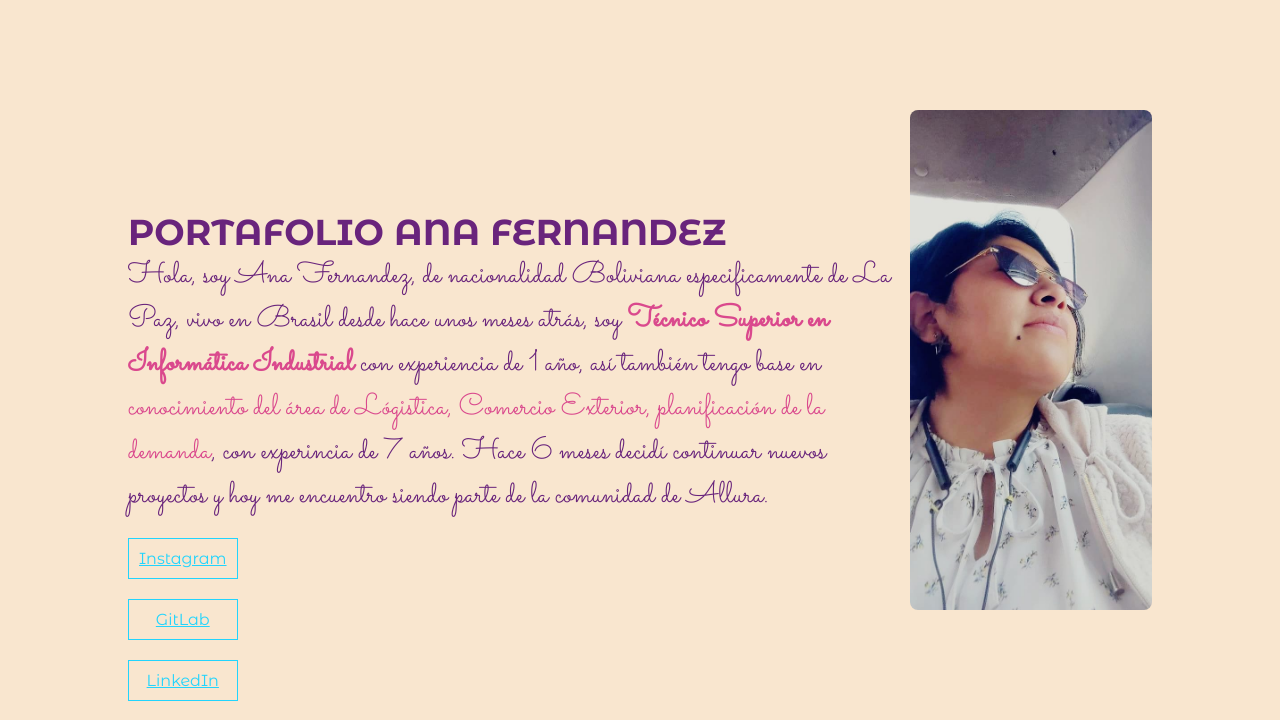
Repository: AnaFzCz/PROYECTOS-HTML---CSS2
Page: Portafolio/index.html
An editor plug-in stored every save of this project. The page is shown before and after the next save, followed by the edit.
The browser window is 1280 px wide. The pictures show the whole page.

Above is the page before, as saved 2025-01-27 04:55:46.

### Portafolio/index.html
<!DOCTYPE html>
<html lang="en">

<head>
    <meta charset="UTF-8">
    <meta http-equiv="X-UA-Compatible" content="IE=edge">
    <meta name="viewport" content="width=device-width, initial-scale=1.0">
    <title>Portafolio</title>
    <link rel="stylesheet" href="style.css">
</head>

<body>
    <header>

    </header>
    <main class="presentacion">
        <div class="container responsivo-container">
            <h1 class="presentacion_titulo">PORTAFOLIO ANA FERNANDEZ</h1>
            <p class="presentacion_parrafo">Hola, soy Ana Fernandez, de nacionalidad Boliviana especificamente de La Paz, vivo en Brasil desde hace
                unos meses atrás, soy <strong class="destacar">Técnico Superior en Informática Industrial</strong> con
                experiencia de 1 año, así también tengo base en <span>conocimiento del área de Lógistica, Comercio
                    Exterior, planificación de la demanda</span>, con experincia de 7 años. Hace 6 meses decidí
                continuar nuevos proyectos y hoy me encuentro siendo parte de la comunidad de Allura.</p>

          <div>
                <a class="bot" href="https://instagram.com/anafzcz">Instagram</a>
            <a class="bot" href="https://github.com/AnaFzCz">GitLab</a>
            <a class="bot" href="https://linkedin.com/in/ana-fernandez-cruz-238787124">LinkedIn</a>
        </div>
        </div>
        <img src="mindfullness.jpg" alt="myself" style="width:250px;height: 500px;">
    </main>
    <footer></footer>
</body>

</html>

### Portafolio/style.css
@import url('https://fonts.googleapis.com/css2?family=Montserrat+Alternates:ital,wght@0,100;0,200;0,300;0,400;0,500;0,600;0,700;0,800;0,900;1,100;1,200;1,300;1,400;1,500;1,600;1,700;1,800;1,900&family=Sacramento&display=swap');

/*Resetear configuraciones*/
* {
  margin: 0;
  padding: 0;
}

body {
  height: 100vh;
  display: flex;
  box-sizing: border-box;
  justify-content: center;
  align-items: center;
  background-color: #F9E6CF;
  color: #69247C;
  font-family: "Montserrat Alternates", serif;
  /*font-family: "papyrus";*/
}

/*p {
  margin: 10px;
  border: 2px solid purple;
  padding: 5px;
}*/

.destacar {
  color: #DA498D;
}

/*contenedor de las columnas*/
.presentacion {
  margin: 10%;
  display: flex;
  align-items: center;
  justify-content: space-between;

}

.container {
  display: flex;
  align-items: center;
  height: 300px;
  weight:615px;;
  /* Altura ajustável conforme necessário */
}

.responsivo-container {
  display: flex;
  flex-direction: row;
  flex-wrap: wrap;
}

span {
  color: #DA498D;
}

a {
  color: #22D4FD;
  border: 1px solid #22D4FD;
  padding: 10px;
  text-align: center;
}

.bot {
  margin-top: 20px;
  display: flex;
  justify-content: center;
}


.presentacion_titulo{
  align-content: center;
  font-size: 36px;
  font-family:  "Montserrat Alternates", serif;
}
.presentacion_parrafo{

  font-size: 30px;
  font-family: "Sacramento", serif;;
}

img {
  border-radius: 8px;
  display: block;
  margin-left: auto;
  margin-right: auto;
}

img:hover {
  transform: scaleX(-1);
}

After the next save:
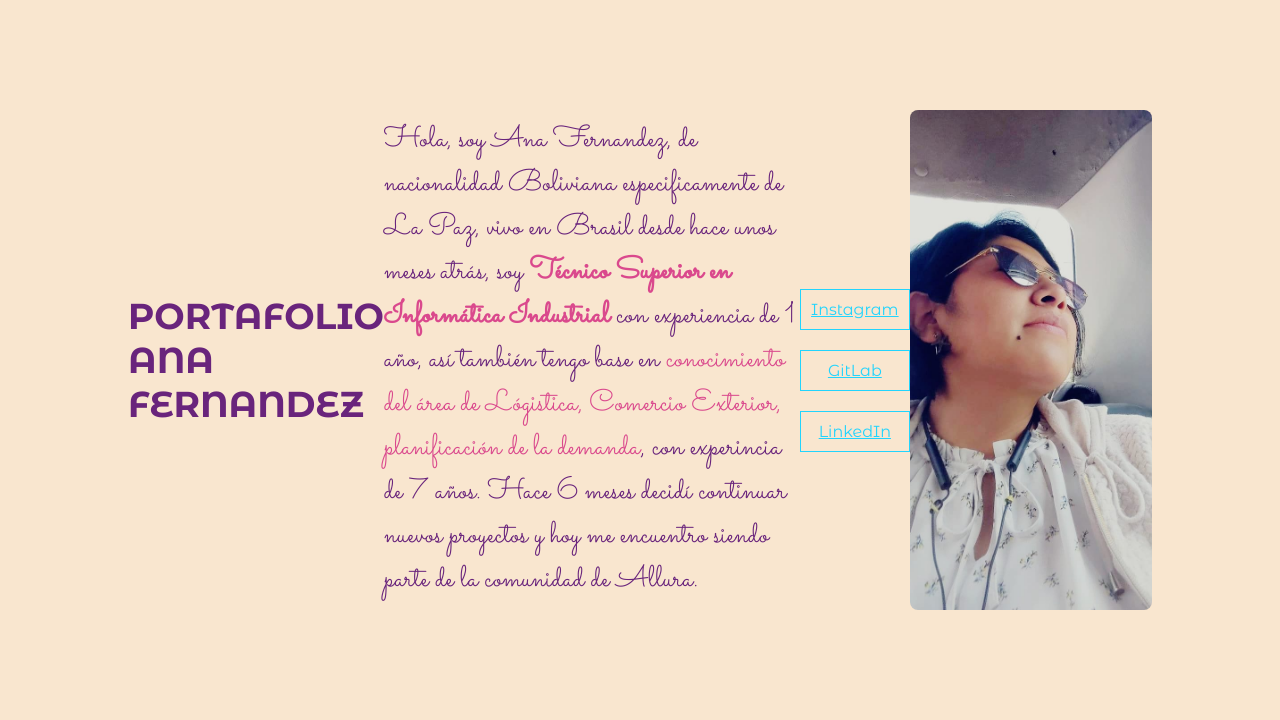
Saved 60 s later.
--- a/Portafolio/style.css
+++ b/Portafolio/style.css
@@ -45,11 +45,11 @@ body {
   /* Altura ajustável conforme necessário */
 }
 
-.responsivo-container {
+/*.responsivo-container {
   display: flex;
   flex-direction: row;
   flex-wrap: wrap;
-}
+}*/
 
 span {
   color: #DA498D;

After the save that followed:
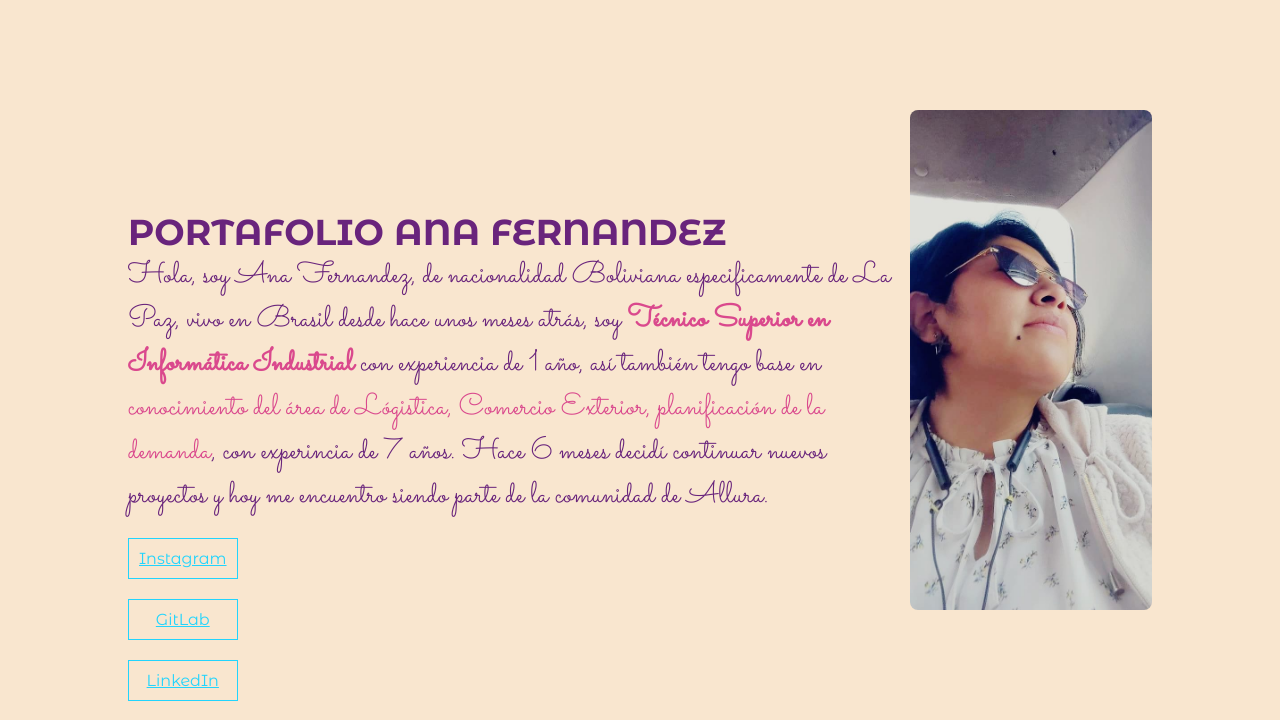
Saved 13 s later.
--- a/Portafolio/style.css
+++ b/Portafolio/style.css
@@ -45,11 +45,11 @@ body {
   /* Altura ajustável conforme necessário */
 }
 
-/*.responsivo-container {
+.responsivo-container {
   display: flex;
   flex-direction: row;
   flex-wrap: wrap;
-}*/
+}
 
 span {
   color: #DA498D;
